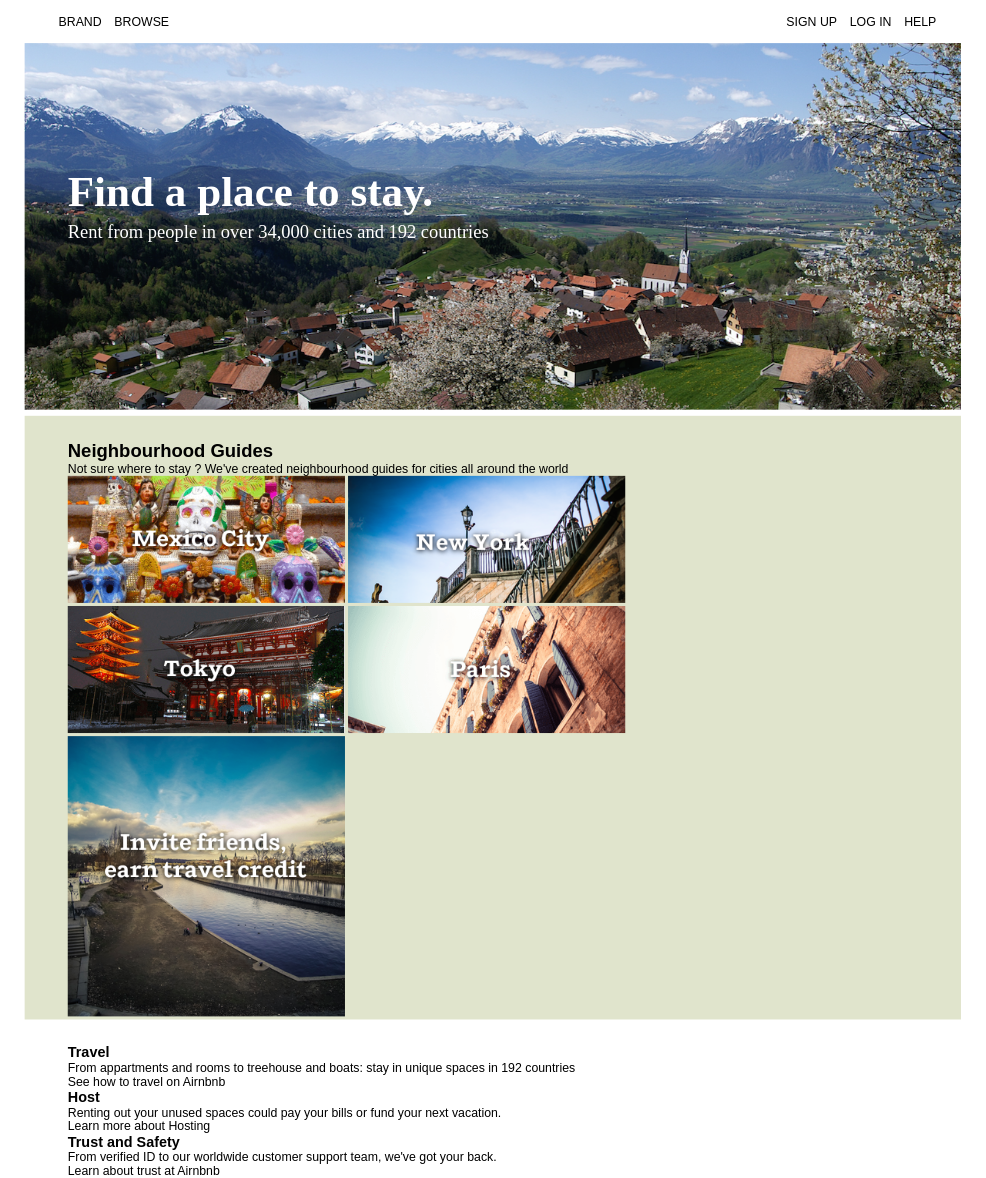
Repository: Naohonproject/web101x02_asm1
Page: Project2.html
An editor plug-in stored every save of this project. The page is shown before and after the next save, followed by the edit.
The browser window is 1280 px wide. The pictures show the whole page, at 77% of full size.

Above is the page before, as saved 2022-01-15 19:09:19.

### Project2.html
<!-- @format -->

<!DOCTYPE html>
<html lang="en">
	<head>
		<meta charset="UTF-8" />
		<meta http-equiv="X-UA-Compatible" content="IE=edge" />
		<meta name="viewport" content="width=device-width, initial-scale=1.0" />
		<link rel="stylesheet" href="./assets/css/style.css" />
		<link rel="stylesheet" href="./assets/css/responsive.css" />
		<title>Homepage</title>
	</head>
	<body>
		<div id="header">
			<div class="header-wrapper p56">
				<div class="nav-bar">
					<ul class="left-nav pull-left">
						<li>Brand</li>
						<li>Browse</li>
					</ul>
					<ul class="right-nav pull-right">
						<li><a href="Signup.html">Sign Up</a></li>
						<li><a href="login.html" target="_blank">Log In</a></li>
						<li>Help</li>
					</ul>
				</div>
			</div>
		</div>

		<div id="banner">
			<div class="banner-wrapper">
				<div class="banner-text-content">
					<div class="content-heading">
						<h1 class="white-text">Find a place to stay.</h1>
					</div>
					<div class="content-desc">
						<p class="white-text">
							Rent from people in over 34,000 cities and 192 countries
						</p>
					</div>
				</div>
			</div>
		</div>

		<div id="content">
			<div class="content-wrapper box-padding">
				<div class="content-heading">
					<h2>Neighbourhood Guides</h2>
					<p>
						Not sure where to stay ? We've created neighbourhood guides for
						cities all around the world
					</p>
				</div>
				<div class="content-images-table">
					<div>
						<img
							src="./assets/img/web101x-Mexico City.png"
							alt="Mexico City"
							width="360"
						/>
						<img
							src="./assets/img/web101x-New York.png"
							alt="New York City"
							width="360"
						/>
					</div>
					<div>
						<img
							src="./assets/img/web101x-Tokyo.png"
							alt="Tokyo City"
							width="360"
						/>
						<img
							src="./assets/img/web101x-Paris.png"
							alt="Paris City"
							width="360"
						/>
					</div>
					<div>
						<img
							src="./assets/img/web101x-Invitation.png"
							alt="Invitation image"
							width="360"
						/>
					</div>
				</div>
			</div>
		</div>

		<div id="footer">
			<div class="footer-wrapper box-padding">
				<div class="footer-block">
					<h3>Travel</h3>
					<p>
						From appartments and rooms to treehouse and boats: stay in unique
						spaces in 192 countries
					</p>
					<a href="#">See how to travel on Airnbnb</a>
				</div>

				<div class="footer-blockr">
					<h3>Host</h3>
					<p>
						Renting out your unused spaces could pay your bills or fund your
						next vacation.
					</p>
					<a href="#">Learn more about Hosting</a>
				</div>

				<div class="footer-block">
					<h3>Trust and Safety</h3>
					<p>
						From verified ID to our worldwide customer support team, we've got
						your back.
					</p>
					<a href="#">Learn about trust at Airnbnb</a>
				</div>
			</div>
		</div>
	</body>
</html>

### assets/css/style.css
/** @format */

/* common */

/* reset css */
* {
	box-sizing: border-box;
	padding: 0;
	margin: 0;
	text-decoration: none;
	color: #000;
}

/* row style */
.row {
}
/* collumn style */
.col {
}

.col-haft {
}

.col-third {
}

.align-center {
}
/* Set text lineweight to Bold */
.bold-text {
}
.white-text {
	color: #fff !important;
}
.btn-hover {
}

.pull-left {
	float: left !important;
}

.pull-right {
	float: right !important;
}

.box-padding {
	padding-left: 56px;
	padding-right: 56px;
	padding-top: 32px;
}
/* specific */

html {
	font-family: Arial, Helvetica, sans-serif;
}

body {
	padding: 0 32px;
}

/* start styling header */
#header {
	height: 56px;
	width: 100%;
	background-color: #fff;
	background-clip: border-box;
	color: #000;
	font-size: 16px;
	text-transform: uppercase;
	font-weight: 500;
	position: fixed;
	top: 0;
	left: 0;
	z-index: 1;
}

#header li {
	display: inline-block;
	margin-left: 12px;
}

.header-wrapper {
	padding: 20px 64px;
}
/* end styling header */

/* start styling banner */
#banner {
	width: 100%;
	margin-top: 56px;
	padding-top: 39.123607%;
	background: url(../img/banner/banner.png) top center / cover no-repeat;
	background-origin: border-box;
	position: relative;
	top: 0;
	left: 0;
}

.banner-text-content {
	position: absolute;
	top: 160px;
	left: 56px;
}

#banner .content-heading,
.content-desc {
	margin-bottom: 8px;
	font-family: "Times New Roman", Times, serif;
}

#banner .content-heading {
	font-size: 28px;
}

#banner .content-desc {
	font-size: 24px;
}
/* end styling banner */

/* start styling content */
#content {
	background-color: #e0e4cc;
	margin-top: 8px;
}
/* end styling content */

Loaded but not shown: assets/css/responsive.css (no stored copy; drawn as an empty file)

After the next save:
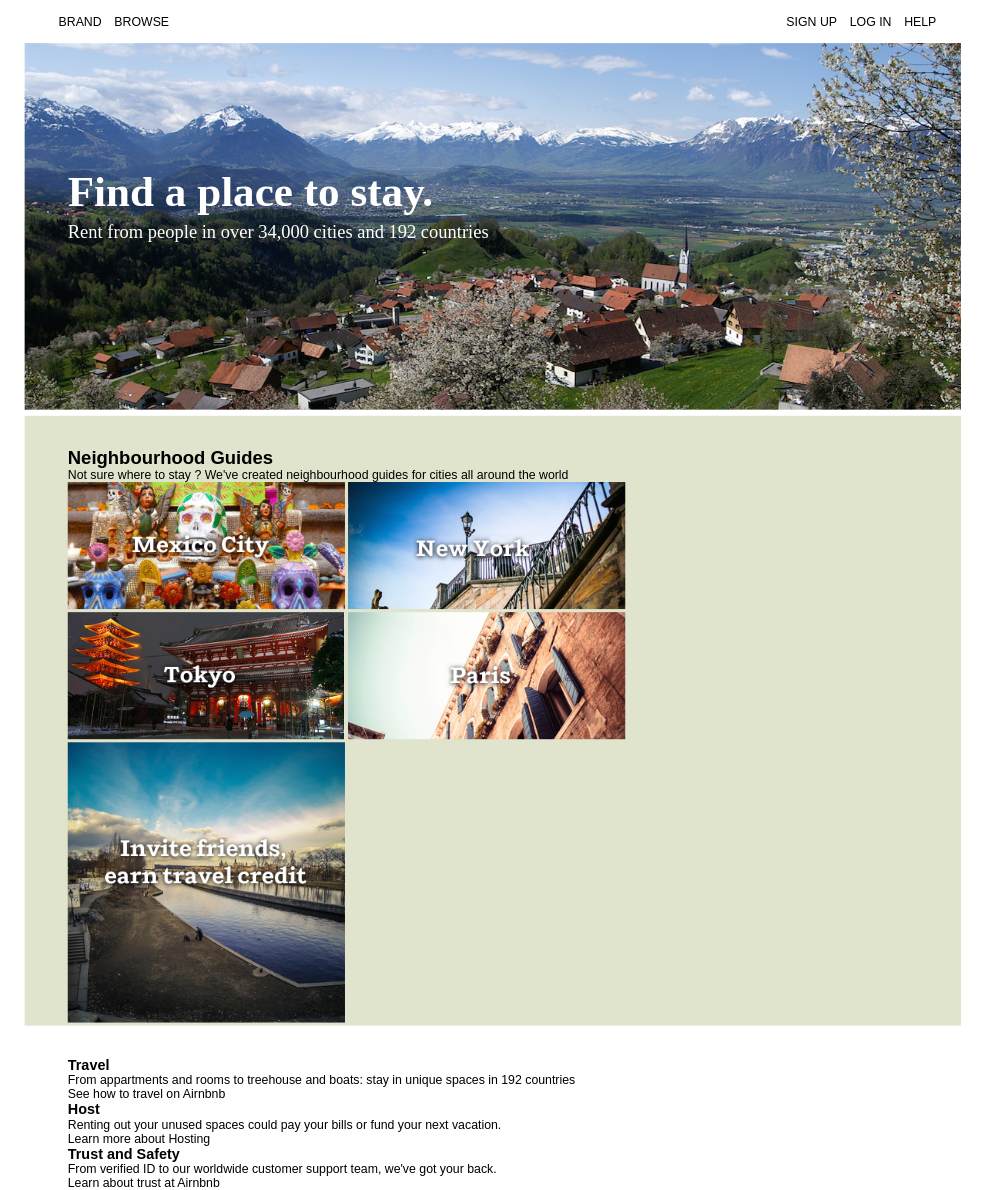
Saved 45 s later.
--- a/assets/css/style.css
+++ b/assets/css/style.css
@@ -46,7 +46,7 @@
 .box-padding {
 	padding-left: 56px;
 	padding-right: 56px;
-	padding-top: 32px;
+	padding-top: 40px;
 }
 /* specific */
 
